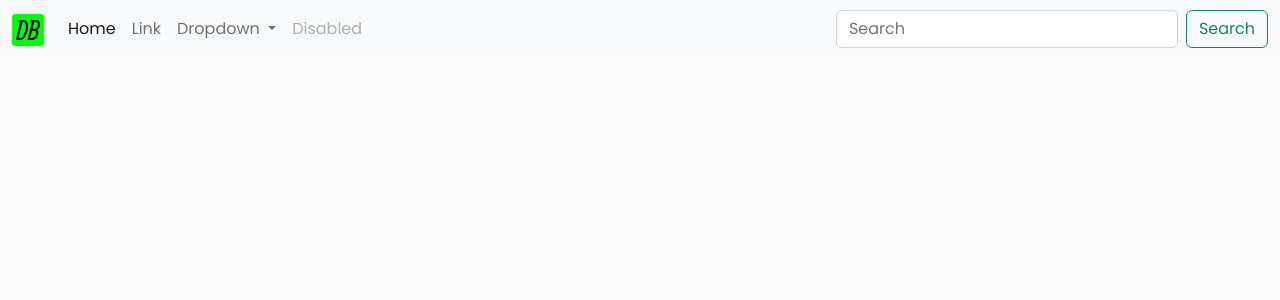
Repository: badhon252/Desi_Blogger
Page: public/home.html
An editor plug-in stored every save of this project. The page is shown before and after the next save, followed by the edit.
The browser window is 1280 px wide. The pictures show the whole page.

Above is the page before, as saved 2022-11-15 19:09:31.

After the next save:
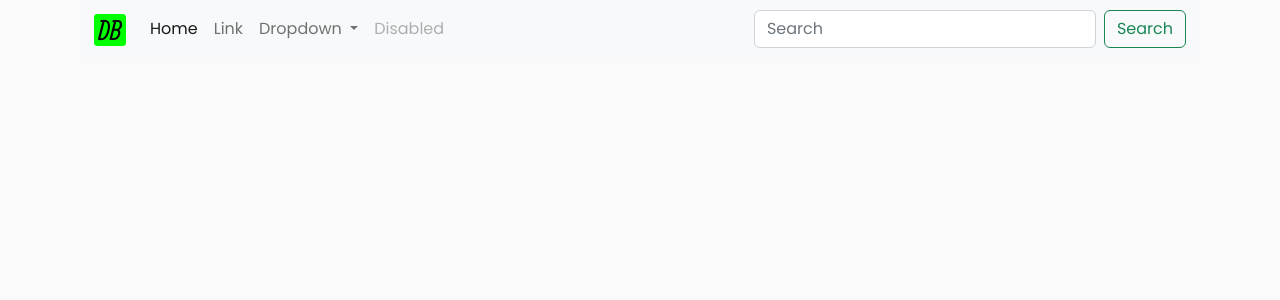
Saved 28 s later.
--- a/public/home.html
+++ b/public/home.html
@@ -22,7 +22,7 @@
 </head>
 
 <body>
-    <header id="header">
+    <header id="header" class="container">
         <nav class="navbar navbar-expand-lg bg-light">
             <div class="container-fluid">
                 <a class="navbar-brand" href="#"><img src="./img/favicon_io/favicon-32x32.png" alt=""></a>

After the save that followed:
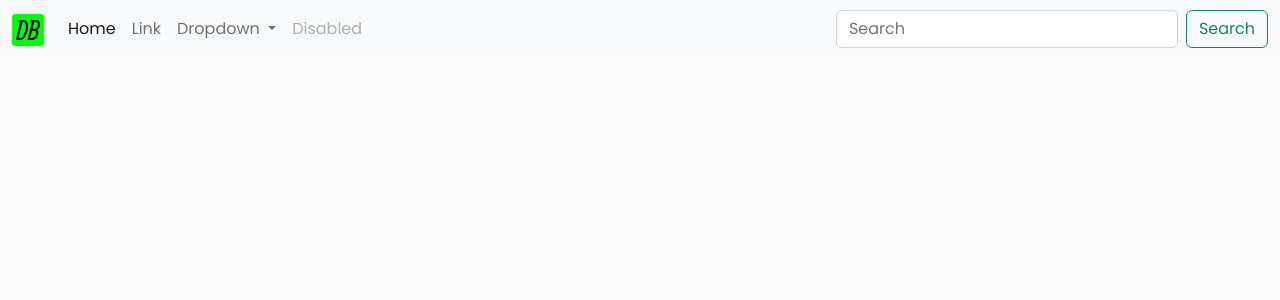
Saved 20 s later.
--- a/public/home.html
+++ b/public/home.html
@@ -22,7 +22,7 @@
 </head>
 
 <body>
-    <header id="header" class="container">
+    <header id="header">
         <nav class="navbar navbar-expand-lg bg-light">
             <div class="container-fluid">
                 <a class="navbar-brand" href="#"><img src="./img/favicon_io/favicon-32x32.png" alt=""></a>
